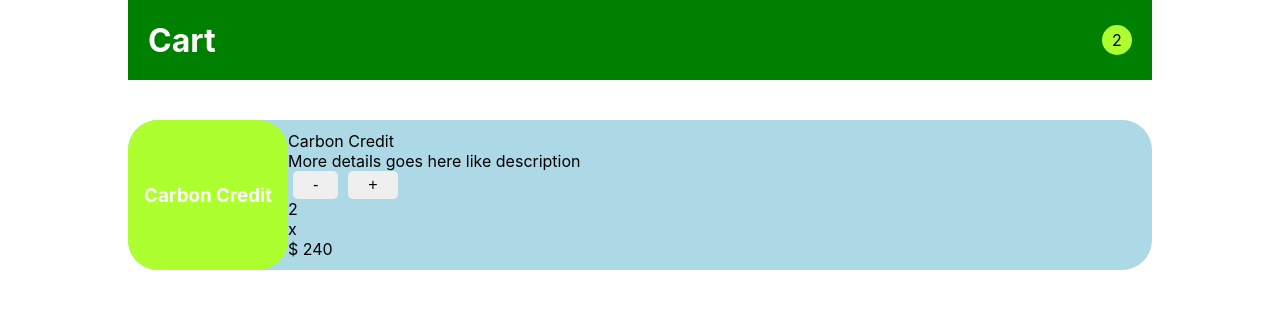
Repository: Yowani24/CarbonApp
Page: /cart
The author's editor kept a copy of each file at every save. The page is drawn from the files as they stood at one save, then again after the next save.
The browser window is 1280 px wide. The pictures show the whole page.
The project was rebuilt for these pictures with package versions that can differ from the ones it lists, and the page was loaded fresh each time. The framework's server and built-in components were replaced by stand-ins that run in the browser. Also part of the build but not shown: next.config.js.

Above is the page before, as saved 2021-09-26 20:35:22.

### pages/_app.js
import '../styles/globals.css'
import Cart from './cart';

function MyApp({ Component, pageProps }) {
  return (
    <>
      <Component {...pageProps} />
    </>
  );
}

export default MyApp

### pages/cart/index.js
import React from 'react';
import Head from 'next/head'

import styles from './Cart.module.css'

export default function Cart(props) {
    return (
        <>
          <Head>
              <title>Cart</title>
          </Head>
          <header>
              <div className={styles.interface}>
                    <div className={styles.header_content}>
                        <h1>Cart</h1>
                        <p>2</p>
                    </div>
              </div>
          </header>

          <section>
              <div className={styles.interface}>
                  <div className={styles.boxes}>
                      <div className={styles.content_box}>
                          <div className={styles.box}>
                              <h3>Carbon Credit</h3>
                          </div>

                          <div className={styles.product_details}>
                            <div className={styles.description}>
                                <p>Carbon Credit</p>
                                <p>More details goes here like description</p>
                            </div>

                            <div className={styles.quantity_controls}>
                                <button>-</button>
                                <button>+</button>
                            </div>

                            <div className={styles.current_money}>
                                <p>2</p>
                                <span>x</span>
                                <p>$ 240</p>
                            </div>
                          </div>
                      </div>
                  </div>
              </div>
          </section>
        </>
    )
}

### styles/globals.css
html,
body {
  padding: 0;
  margin: 0;
  font-family: -apple-system, BlinkMacSystemFont, Segoe UI, Roboto, Oxygen,
    Ubuntu, Cantarell, Fira Sans, Droid Sans, Helvetica Neue, sans-serif;
}

a {
  color: inherit;
  text-decoration: none;
}

* {
  margin: 0;
  box-sizing: border-box;
}

### pages/cart/Cart.module.css
.interface{
    width: 80%;
    margin: 0 auto;
}
.header_content{
    display: flex;
    justify-content: space-between;
    align-items: center;
    height: 80px;
    padding: 0 20px;
    background: green;
}
.header_content h1{
    color: #FFFFFF;
}
.header_content p{
    background: greenyellow;
    display: flex;
    justify-content: center;
    align-items:center;
    width: 30px;
    height: 30px;
    border-radius: 100%;
}


.boxes{
    margin-top: 40px;
}
.content_box{
    width: 100%;
    height: 150px;
    background:lightblue;
    border-radius: 30px;

    display: flex;
    align-items:center;
}
.box{
    width: 160px;
    background: greenyellow;
    height: 100%;
    border-radius: 30px;

    display: flex;
    justify-content: center;
    align-items: center;
    color: #FFFFFF;
}
.quantity_controls button{
    border: none;
    padding: 5px 20px;
    margin: 0 5px;
    border-radius: 5px;
    font-size: 16px;
}
.quantity_controls button:active{
    background: gainsboro;
}

After the next save:
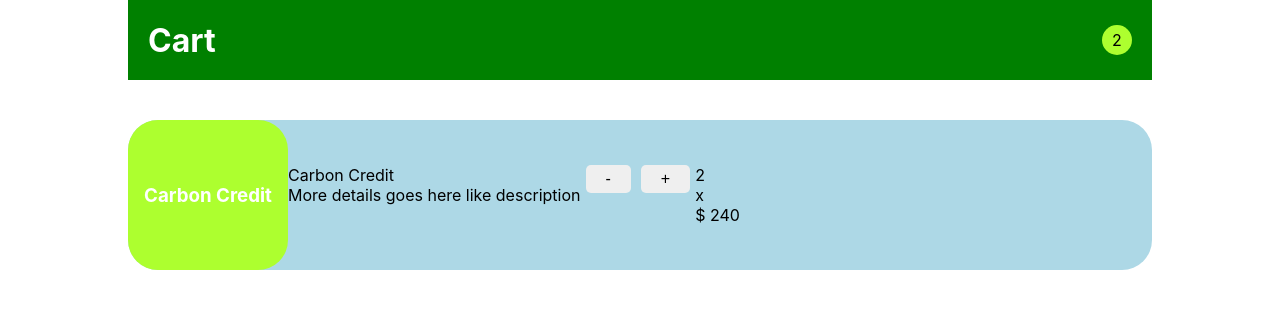
Saved 18 s later.
--- a/pages/cart/Cart.module.css
+++ b/pages/cart/Cart.module.css
@@ -47,6 +47,9 @@
     align-items: center;
     color: #FFFFFF;
 }
+.product_details{
+    display: flex;
+}
 .quantity_controls button{
     border: none;
     padding: 5px 20px;
